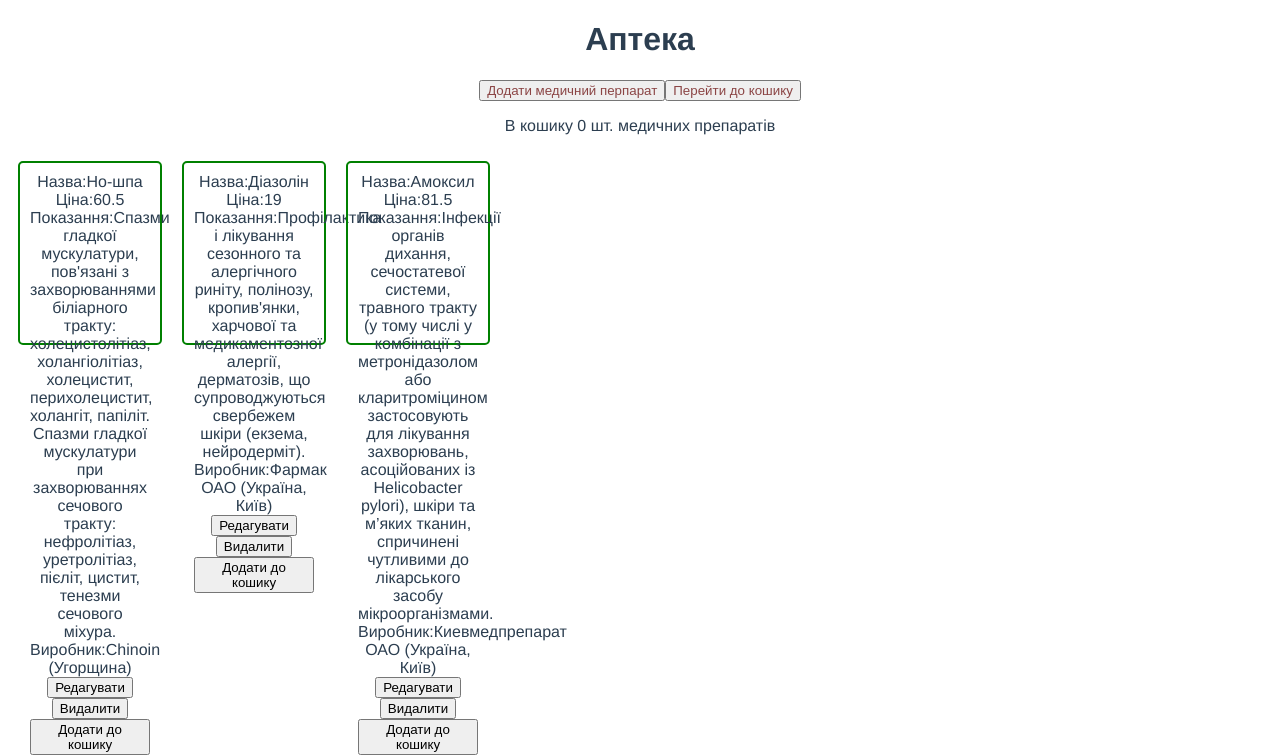
Repository: kristinap8/pharmacy
Page: /
The author's editor kept a copy of each file at every save. The page is drawn from the files as they stood at one save, then again after the next save.
The browser window is 1280 px wide. The pictures show the whole page.
The project was rebuilt for these pictures with package versions that can differ from the ones it lists, and the page was loaded fresh each time. Also part of the build but not shown: src/components/AddMedicineForm/index.vue, src/pages/AddMedicine/index.vue, src/components/EditMedicineForm/index.vue, src/pages/EditMedicine/index.vue, src/components/CartForm/index.vue, src/pages/Cart/index.vue.

Above is the page before, as saved 2020-12-10 02:18:56.

### src/main.js
import Vue from 'vue'
import App from './App.vue'
import router from "./router"
import store from "./store"

Vue.config.productionTip = false

new Vue({
  store,
  router,
  render: h => h(App),
}).$mount('#app')

### src/App.vue
<template>
  <div id="app">
    <router-view/>
  </div>
</template>

<script>
export default {
  name: "App",
  components: {},
};
</script>

<style>
#app {
  font-family: Avenir, Helvetica, Arial, sans-serif;
  -webkit-font-smoothing: antialiased;
  -moz-osx-font-smoothing: grayscale;
  color: #2c3e50;
}
</style>

### src/router.js
import Vue from "vue";
import VueRouter from "vue-router";
import AddMedicine from "@/pages/AddMedicine";
import EditMedicine from "@/pages/EditMedicine";
import AllMedicines from "@/pages/AllMedicines";
import Cart from "@/pages/Cart";

Vue.use(VueRouter);

const routes=[
    {
        path:'/',
        name:'all-medicines',
        component:AllMedicines
    },
    {
        path:'/edit_medicine/:medicine_id',
        name:'edit-medicine',
        component:EditMedicine
    },
    {
        path:'/add_medicine',
        name:'add-medicine',
        component:AddMedicine
    },
    {
        path:'/cart',
        name:'cart',
        component:Cart
    },

]

const router=new VueRouter({
    mode:"history",
    routes
});

export default router;

### src/store/index.js
import Vue from "vue";
import Vuex from "vuex";
import { v4 as uuid_v4 } from 'uuid'

Vue.use(Vuex)
const store=new Vuex.Store({
    state:{
      medicinesList:[
          {
              id:1,
              name:'Но-шпа',
              price:60.5,
              requirements:"Спазми гладкої мускулатури, пов'язані з захворюваннями біліарного тракту: холецистолітіаз, холангіолітіаз, холецистит, перихолецистит, холангіт, папіліт. Спазми гладкої мускулатури при захворюваннях сечового тракту: нефролітіаз, уретролітіаз, пієліт, цистит, тенезми сечового міхура.",
              maker:"Chinoin (Угорщина)"

          },
          {
            id:2,
            name:"Діазолін",
            price:19,
            requirements:"Профілактика і лікування сезонного та алергічного риніту, полінозу, кропив'янки, харчової та медикаментозної алергії, дерматозів, що супроводжуються свербежем шкіри (екзема, нейродерміт).",
            maker:"Фармак ОАО (Україна, Київ)"

        },
        {
            id:3,
            name:"Амоксил",
            price:81.5,
            requirements:"Інфекції органів дихання, сечостатевої системи, травного тракту (у тому числі у комбінації з метронідазолом або кларитроміцином застосовують для лікування захворювань, асоційованих із Helicobacter pylori), шкіри та м’яких тканин, спричинені чутливими до лікарського засобу мікроорганізмами.",
            maker:"Киевмедпрепарат ОАО (Україна, Київ)"

        }
      ],
      cart:[],
      cartItemsCount:0
    },
    mutations:{
        addMedicine(state, data) {
            state.medicinesList.push({
             id: uuid_v4(),
             ...data,
           })
         },
         deleteMedicine(state,id){
             let medicines=state.medicinesList.filter(medicine=>medicine.id!=id)
             state.medicinesList=medicines;
         },
         editMedicine(state,medicine){
             state.medicinesList.forEach(m=>{
                 if(m.id==medicine.id){
                     m=medicine;
                 }
             } )
         },
         addToCart(state,medicine){
            let isMedicineExists=state.cart.find(m => m.id == medicine.id);

            if (isMedicineExists) {
                isMedicineExists.quantity ++;
                isMedicineExists.totalPrice = (isMedicineExists.quantity * isMedicineExists.price).toFixed(2);
            } else {
                state.cart.push(medicine);

                Vue.set(medicine, 'quantity', 1);
                Vue.set(medicine, 'totalPrice', medicine.price);
            }
             state.cartItemsCount++
         },
         deleteItemFromCart(state,medicine){
            let index = state.cart.indexOf(medicine);
            if (index > -1) {
                let item= state.cart[index];
                if(item.quantity>1)
                {
                    state.cartItemsCount--;
                    item.quantity--;
                    item.totalPrice-=item.price;
                }
                else{
                    state.cartItemsCount -= item.quantity;
                    state.cart.splice(index, 1);
                }

            }
         }
    },
    actions:{
        addMedicine({ commit }, medicine) {
            commit('addMedicine', medicine)
         },
          deleteMedicine({commit},id){
              commit('deleteMedicine',id)
          },
          editMedicine({commit},medicine){
              commit('editMedicine',medicine)
          },
          addToCart({commit},medicine){
              commit('addToCart',medicine)
          },
          deleteItemFromCart({commit},medicine){
              commit("deleteItemFromCart",medicine)
          }

    },
    getters:{
        getMedicines:(state)=> state.medicinesList,
        getMedicineById:(state)=>(id)=>{return state.medicinesList.find(m=>m.id===id)},
        getMedicinesInCart:(state)=>state.cart,
     },
    modules:{

    }
})

export default store

### src/pages/AllMedicines/index.vue
<template>
    <div>
        <h1 class="header">Аптека</h1>
        <div class='btns'>
        <router-link to="/add_medicine" tag="button" class='add-btn'>Додати медичний перпарат</router-link>
        <router-link to="/cart" tag="button" class='cart-btn'>Перейти до кошику</router-link>
        </div>
        <p class="cart-count">В кошику {{this.$store.state.cartItemsCount}} шт. медичних препаратів</p>
     <medicines-list/>
    </div>
</template>

<script>

import MedicinesList from "../../components/MedicinesList"
    export default {
        name:"AllMedicine",
        components: {
            MedicinesList,
        },

    }
</script>

<style lang="scss" scoped>
 .header{
      text-align: center;
  }
  .cart-count{
   text-align: center;
  }
  .btns{
      text-align: center;
  }
  .add-btn{
      color:rgb(139, 69, 69)
  }
  .cart-btn{
      color:rgb(139, 69, 69)
  }
</style>

### src/components/MedicinesList/index.vue
<template>
    <div>
        <div class="list-container">
    <medicine-card
    v-for="medicine in getMedicines"
    :key="medicine.id"
    :id="medicine.id"
    :name="medicine.name"
    :price="medicine.price"
    :requirements="medicine.requirements"
    :maker="medicine.maker"
    />
     </div>
    </div>
</template>

<script>
import { mapGetters } from 'vuex'
import MedicineCard from "./MedicineCard"
    export default {
        name:"MedicinesList",
        components: {
       MedicineCard,
        },
        computed: {
            ...mapGetters(['getMedicines']),
        },
    }
//var sortByName = function (d1, d2) {return (d1.name.toLowerCase() > d2.name.toLowerCase()) ? 1 : -1;};
//var sortByPrice = function (d1, d2) { return (d1.price > d2.price) ? 1 : -1; };
</script>

<style lang="scss" scoped>
  .list-container{
      display: flex;
  }
</style>

### src/components/MedicinesList/MedicineCard/index.vue
<template>
    <div class="card-container">
    <div>Назва:{{name}}</div>
    <div>Ціна:{{price}}</div>
    <div>Показання:{{requirements}}</div>
    <div>Виробник:{{maker}}</div>
    <button @click="onEditMedicine">Редагувати</button>
    <button @click="onDeleteMedicine(id)">Видалити</button>
    <button @click="onAddToCart({id,name,price,requirements,maker})">Додати до кошику</button>
    </div>
</template>

<script>
import { mapActions } from 'vuex'
  export default {
        name:"MedicineCard",
        props: {
            id: {
                type: [String,Number],
                required:true,
            },
            name: {
                type: String,
                default:"Назва препарату не вказана"
            },
            price:{
                type:[String,Number],
                default:0
            },
            requirements:{
                type:String,
                default:"Показань до застосування не вказано"
            },
            maker:{
                type:String,
                default:"Виробника не вказано"
            }

        },
        methods: {
            onDeleteMedicine(id) {
                this.$store.dispatch("deleteMedicine",id)
             },
            onEditMedicine(){
                this.$router.push({
                    name:'edit-medicine',
                    params:{medicine_id:this.id}
                })
            },
            ...mapActions(['addToCart']),
            onAddToCart(item){
                this.$store.dispatch('addToCart',item)
            }
        },
    }
</script>

<style lang="scss" scoped>
.card-container{
  width: 120px;
  height: 160px;
  border: 2px solid green;
  border-radius: 5px;
  padding: 10px;
  margin: 10px;
  text-align: center;
}
</style>

Loaded but not shown: public/index.html (common file)

After the next save:
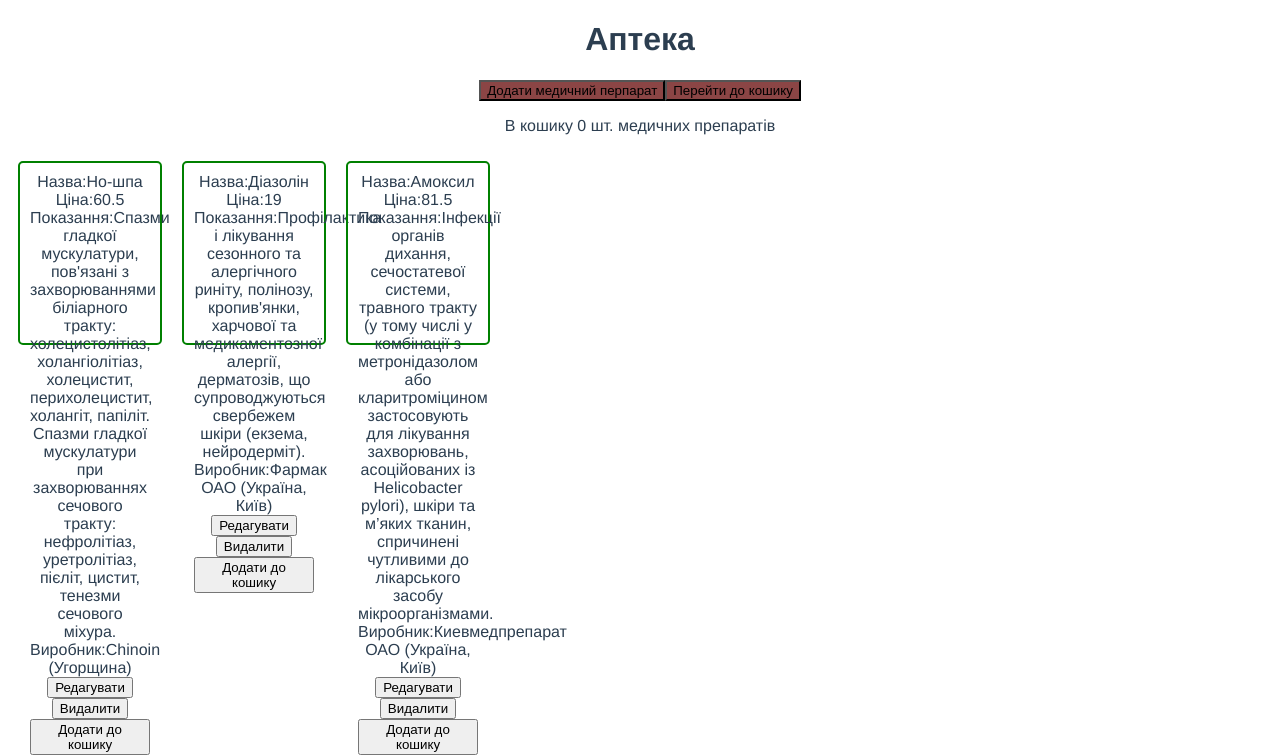
Saved 24 s later.
--- a/src/pages/AllMedicines/index.vue
+++ b/src/pages/AllMedicines/index.vue
@@ -33,9 +33,9 @@ import MedicinesList from "../../components/MedicinesList"
       text-align: center;
   }
   .add-btn{
-      color:rgb(139, 69, 69)
+      background:rgb(139, 69, 69)
   }
   .cart-btn{
-      color:rgb(139, 69, 69)
+      background:rgb(139, 69, 69)
   }
 </style>
